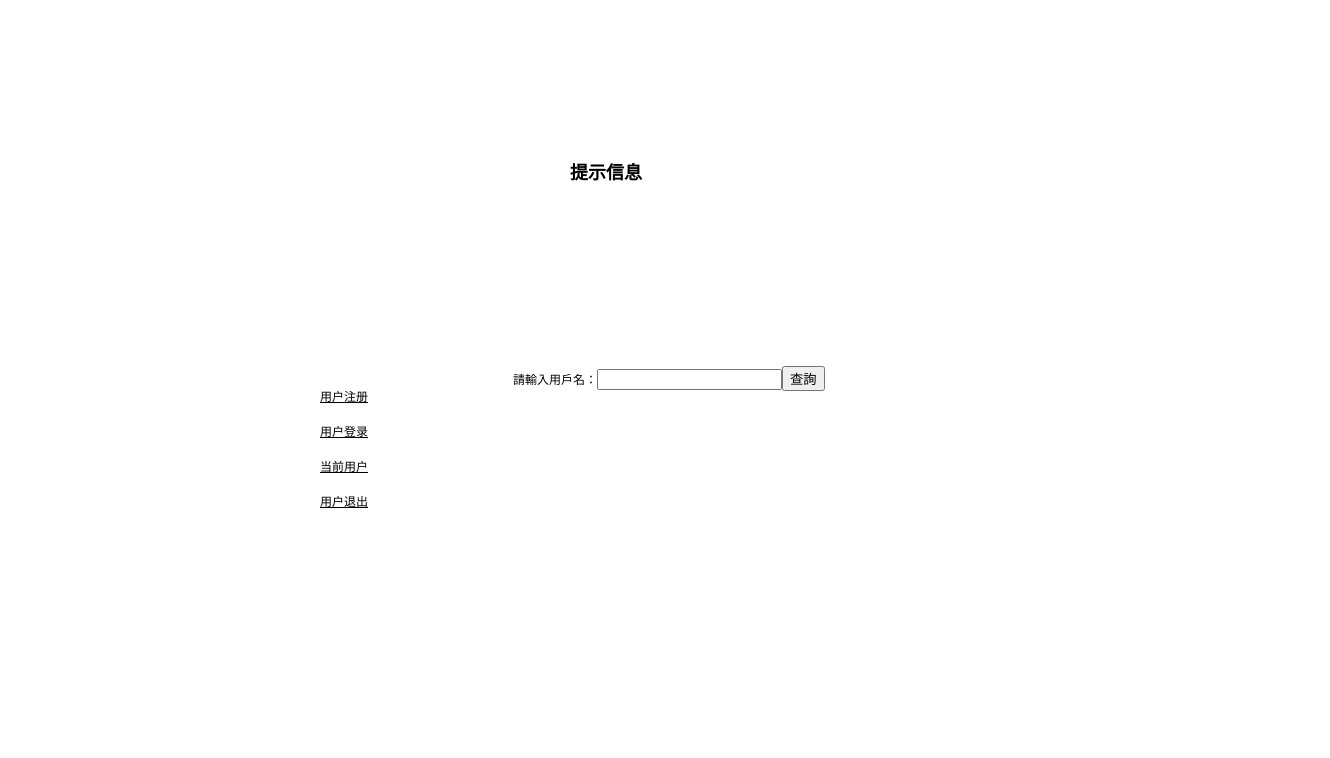
Repository: Daoshun/WorkSpace
Page: http://localhost/LoginUser/queryUserList.jsp
The author's editor kept a copy of each file at every save. The page is drawn from the files as they stood at one save, then again after the next save.
The browser window is 1280 px wide. The page is 1330 px wide, so the pictures cover 1330 px, including what lies to the right of the window. The pictures show the whole page.
The page is served by Tomcat 9. Other server files are loaded and not shown.

Above is the page before, as saved 2019-08-07 08:08:30.

### LoginUser/WebContent/queryUserList.jsp
<%@ page language="java" contentType="text/html" pageEncoding="GBK" import="java.util.*"%>
<%@ page import="com.user.User"%>
<!DOCTYPE HTML PUBLIC "-//W3C//DTD HTML 4.01 Transitional//EN">
<html>
<head>
<title>用戶信息列表</title>
<link rel="stylesheet" type="text/css" href="images/styles.css">
</head>

<body>
	<div align="center">
		<div class="div1">
			<div class="top">提示信息</div>
			<div class="bottom">
				<div class="div2">
					<ul>
						<li><a href="reg.jsp">用户注册</a></li>
						<li><a href="login.jsp">用户登录</a></li>
						<li><a href="message.jsp">当前用户</a></li>
						<li><a href="ExitServlet">用户退出</a></li>
					</ul>
				</div>
				<div class="div3">
					<form action="QueryServlet">
					<table>
					  <tr>
					     <td>請輸入用戶名：<input type="text" name="qusername" value=""><input type="submit" value="查詢"></td>
					  </tr>
					</table>
					</form>
					<%
					        List<User> userList = new ArrayList<User>() ;

					        if(session.getAttribute("userList")!=null){
					        	userList=(ArrayList)session.getAttribute("userList");
					        }

					        if(userList.size()>0){
					        %>
					     <table align="center" width="350" border="1" height="200"
						bordercolor="#E8F4CC">
					     <tr>
							<td align="center"><span style="font-weight: bold; font-size: 18px;">用戶名</td>
				     		<td align="center"><span style="font-weight: bold; font-size: 18px;">密碼</td>
						</tr>
					      <%

					      Iterator<User> iter = userList.iterator();
							//遍历输出所有用户信息
							while(iter.hasNext()) {
								User user = iter.next();
								 %>
						<tr>
							<td align="center"><span style="font-weight: bold; font-size: 18px;"><%=user.getUsername()%></td>
				     		<td align="center"><span style="font-weight: bold; font-size: 18px;"><%=user.getPassword()%></td>
						</tr>
								 <%
							}

							%>
								</table>
							<%
							}

					      %>


				</div>
			</div>
		</div>
	</div>
</body>
</html>

### LoginUser/WebContent/images/styles.css
body {
	margin: 0px;
	font-size: 12px;
}
td{
	font-size: 12px;
}
.div1{
	width: 760px;
	height: 600px;
	text-align: left;
}
.tb1{
	left: 488px;
	top: 219px;
}
.top{
	width: 760px;
	height: 175px;
	padding-top: 158px;
	padding-left: 310px;
	font-size: 18px;
	font-weight: bold;
}
.bottom{
	width: 760px;
	height: 425px;
}
.div2{
	width: 120px;
	height: 120px;
	float: left;
	margin-top: 42px;
	padding-left: 20px;
}
.div2 ul li{
	margin-bottom: 17px;
	list-style-type: none;
}
.div3{
	margin-top: 30px;
	width: 450px;
	float: right;
	height:200px;
	margin-right:60px;
	text-align: center;
}
a:link{
font-family:Verdana;
font-size:12px;
color:black;
text-decoration: underline;
}
a:hover{
font-family:Verdana;
font-size:12px;
color:red;
text-decoration:none;
}
a:actice{
font-family:Verdana;
font-size:12px;
color:red;
text-decoration:none;
}
a:visited{
font-family:Verdana;
font-size:12px;
color:black;
text-decoration: underline;
}

After the next save:
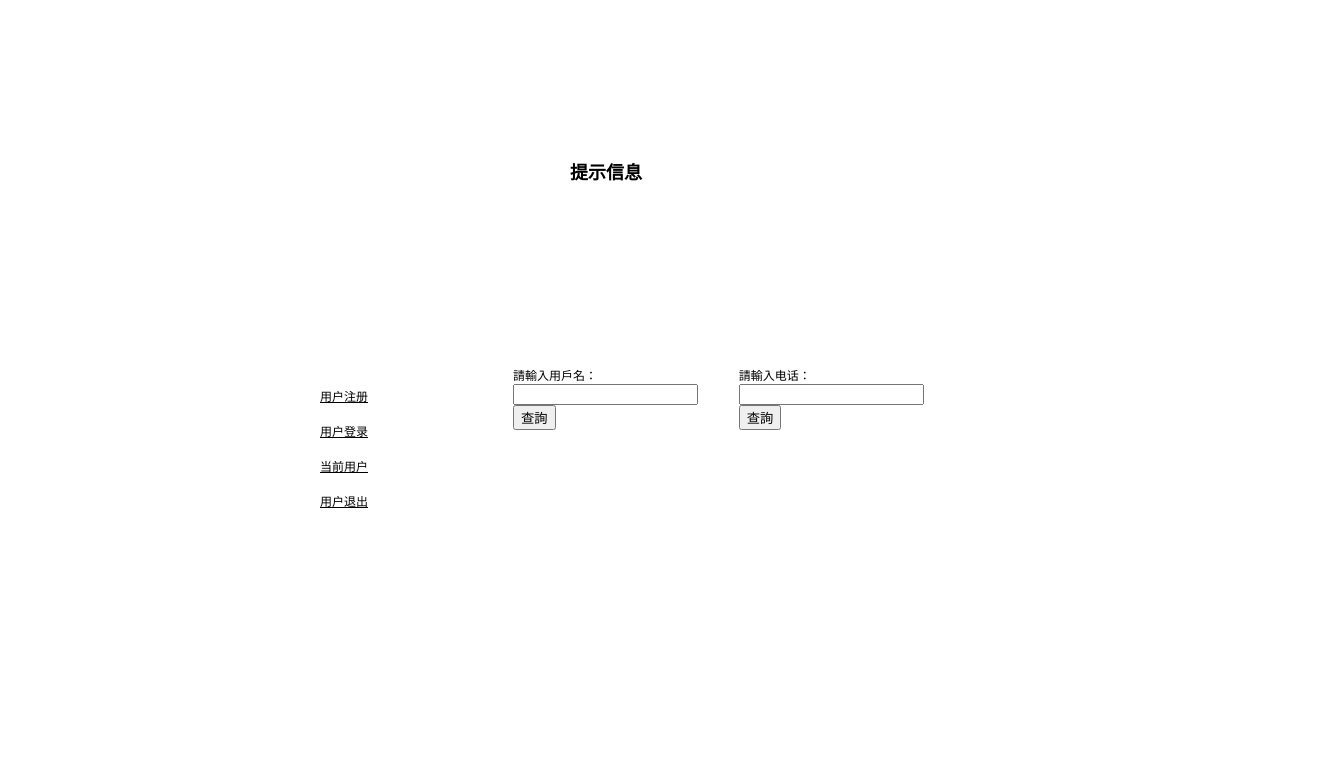
Saved 109 s later.
--- a/LoginUser/WebContent/queryUserList.jsp
+++ b/LoginUser/WebContent/queryUserList.jsp
@@ -25,6 +25,7 @@
 					<table>
 					  <tr>
 					     <td>請輸入用戶名：<input type="text" name="qusername" value=""><input type="submit" value="查詢"></td>
+					     <td>請輸入电话：<input type="text" name="qtel" value=""><input type="submit" value="查詢"></td>
 					  </tr>
 					</table>
 					</form>
